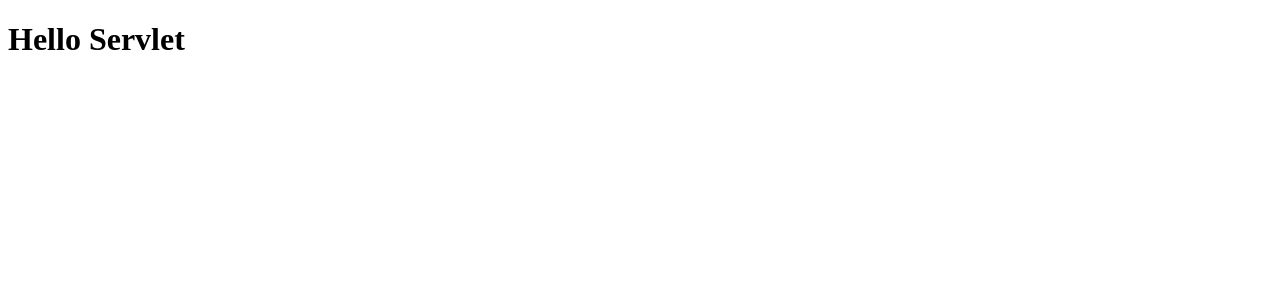
Repository: ynnuSunny/Java-Web-Basics
Page: 01-Servlet-App/WebContent/index.html
These files come from the project's save history. The page is drawn as it stood at one moment and after the next save; the edit follows.
The browser window is 1280 px wide. The pictures show the whole page.

Above is the page before, as saved 2023-03-25 05:12:04.

After the next save:
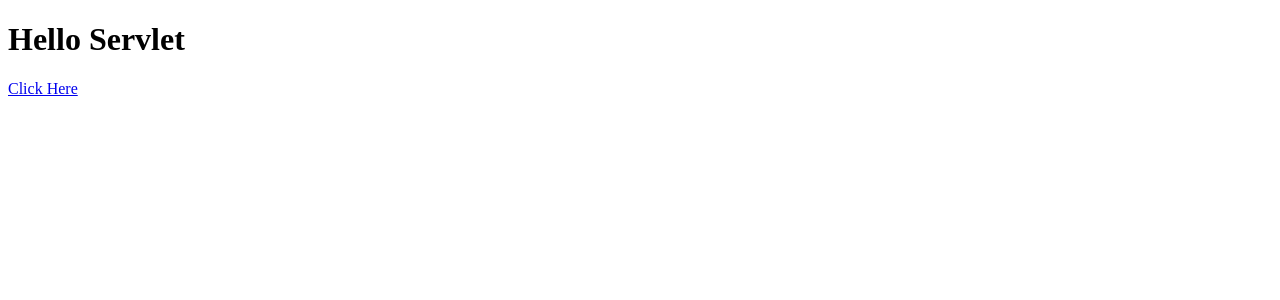
Saved 2 min 27 s later.
--- a/01-Servlet-App/WebContent/index.html
+++ b/01-Servlet-App/WebContent/index.html
@@ -7,6 +7,6 @@
 <body>
 
 <h1>Hello Servlet</h1>
-
+<a href="app">Click Here</a>
 </body>
 </html>
